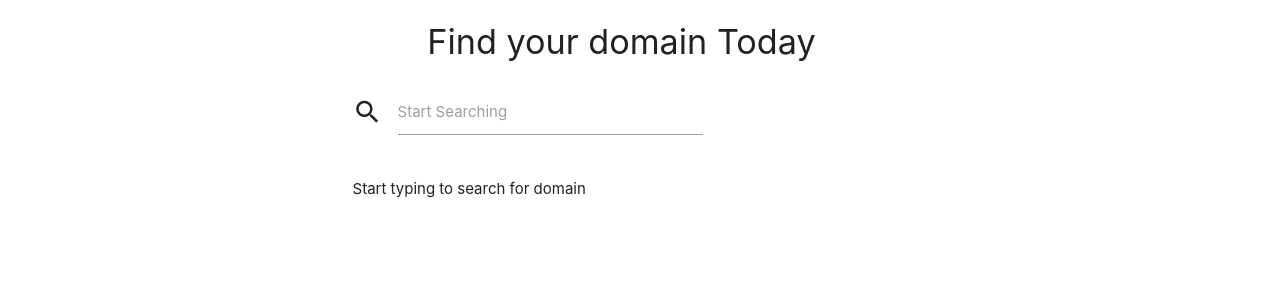
Repository: habib-urrehmaan/domain-name-searcher
Page: / (app in client/)
An editor plug-in stored every save of this project. The page is shown before and after the next save, followed by the edit.
The browser window is 1280 px wide. The pictures show the whole page.
The project was rebuilt for these pictures with package versions that can differ from the ones it lists, and the page was loaded fresh each time.

Above is the page before, as saved 2020-04-17 18:14:52.

After the next save:
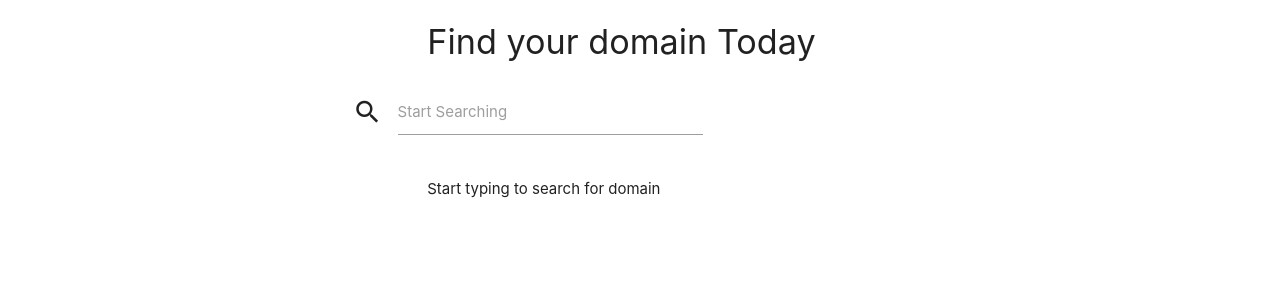
Saved 19 s later.
--- a/client/src/Output.js
+++ b/client/src/Output.js
@@ -6,9 +6,9 @@ export default function Output(props) {
     console.log("output data",data);
     return (
         <div className="row">
-        {(data)?(<div className="col offset-s2">{(data.available)?(<div><span>Congratulations! This domain is available</span><br/>
+        {(data)?(<div className="col offset-s3">{(data.available)?(<div><span>Congratulations! This domain is available</span><br/>
             <span><b>Price:</b>{data.price}{data.currency}</span></div>):(data.code)?(<div>{data.message}</div>):(<span>Sorry this domain is not Available</span>)}</div>)
-            :(<div className="col offset-s2">Start typing to search for domain</div>)}
+            :(<div className="col offset-s3">Start typing to search for domain</div>)}
 
 
         </div>
